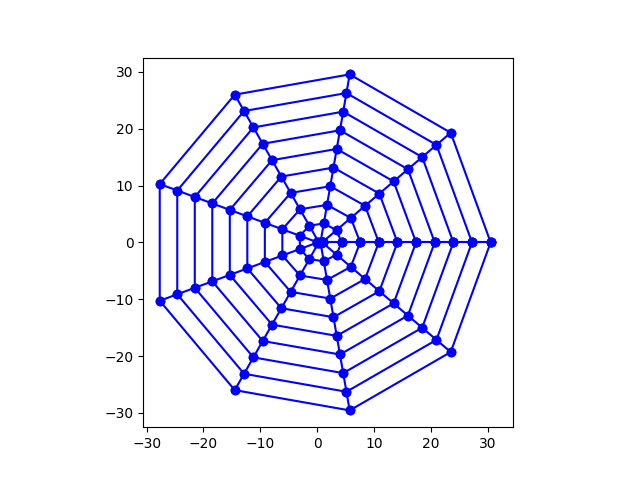
Repository: leiradom/CFDhomework
Script's output: python Laplaceequation/new.py
The author's editor kept a copy of each file at every save. The script's output is drawn from the files as they stood at one save, then again after the next save.
Random numbers start from a fixed seed.

Above is the script's output before, as saved 2021-04-08 14:09:09.

After the next save:
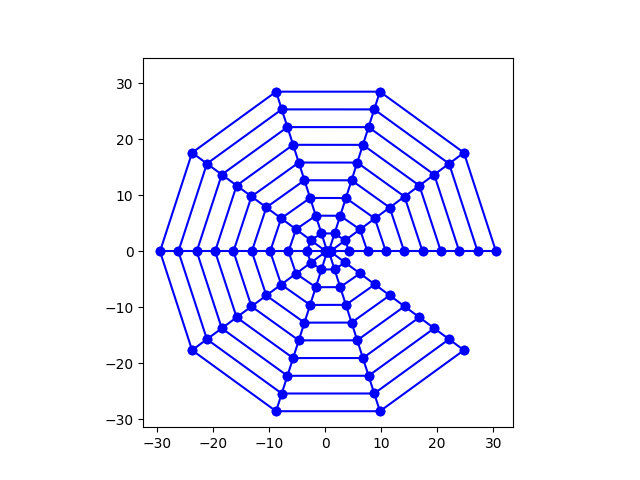
Saved 119 s later.
--- a/Laplaceequation/new.py
+++ b/Laplaceequation/new.py
@@ -37,7 +37,7 @@ a = 0
 b = 0
 g = 0
 #这里用linspace
-Theta = np.linspace(0,2*math.pi,num = n1)
+Theta = np.linspace(0,2*math.pi,num = n1,endpoint=False)
 X0 = np.ones(n1)
 Y0 = np.ones(n1)
 X1 = np.ones(n1)
